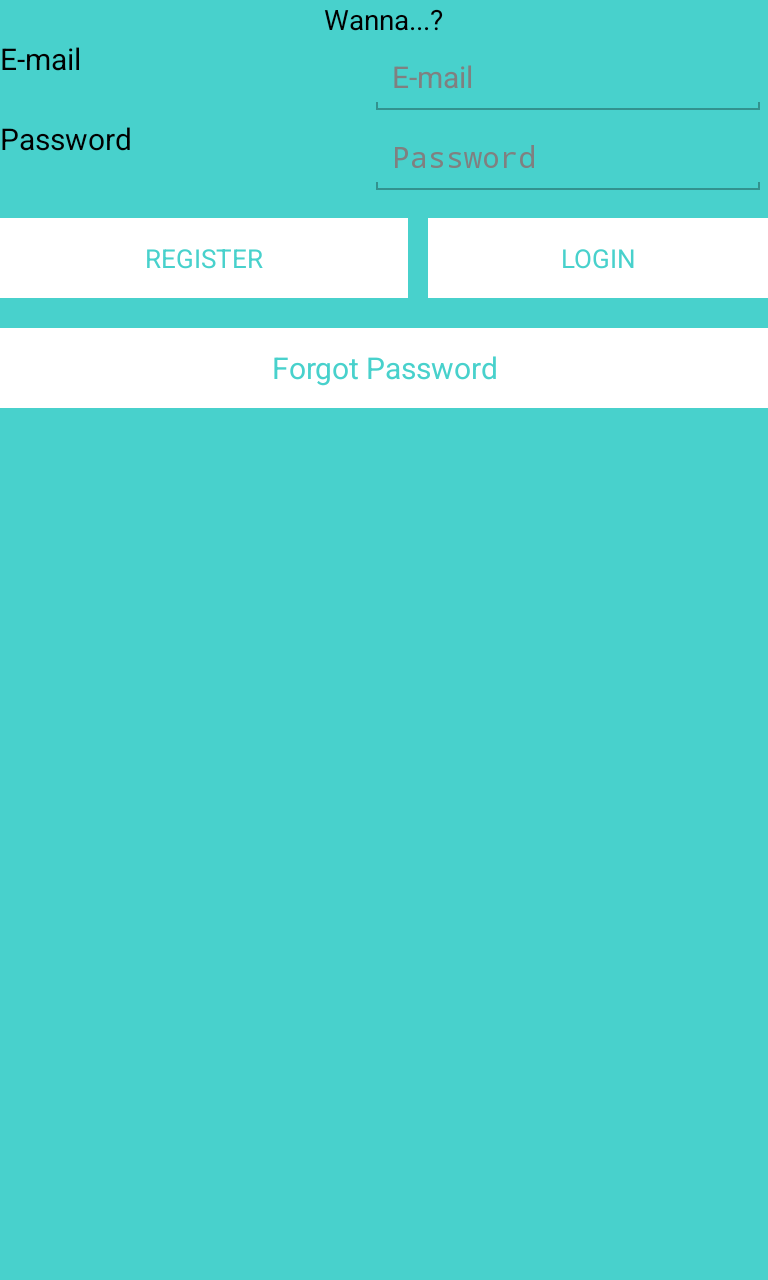
Repository: COMP231-S63G1/COMP231-S63G1
Layout: Wanna/res/layout/activity_login.xml
These files come from the project's save history. The layout is drawn as it stood at one moment and after the next save; the edit follows.
It is drawn on a 768 x 1280 px phone screen (xhdpi) without system bars, with theme AppTheme; the app's code is not run.

Above is the layout before, as saved 2014-10-24 14:50:23.

### Wanna/res/layout/activity_login.xml
<?xml version="1.0" encoding="utf-8"?>
<RelativeLayout xmlns:android="http://schemas.android.com/apk/res/android"
              android:orientation="vertical"
              android:layout_width="fill_parent"
              android:layout_height="fill_parent"
              android:background="#48D1CC">
    <TextView
            android:layout_width="wrap_content"
            android:layout_height="wrap_content"
            android:text="@string/welcome"
            android:id="@+id/textView" android:layout_gravity="center"
            android:layout_alignParentTop="true"
            android:layout_centerHorizontal="true"
            android:textColor="#000000"/>
    <EditText
            android:layout_width="200dp"
            android:layout_height="40dp"
            android:hint="@string/email"
            android:id="@+id/email"
            android:layout_below="@+id/textView"
            android:layout_alignParentRight="true"
            android:textSize="15dp"
            android:textColor="#000000"/>
    <Button
            android:layout_width="170dp"
            android:layout_height="40dp"
            android:text="@string/login"
            android:id="@+id/login"
            android:textSize="13dp"
            android:textColor="#48D1CC"
            android:layout_alignTop="@+id/registerbtn"
            android:layout_alignParentRight="true"
            android:background="#FFFFFF"
            android:layout_marginLeft="10dp"
            />
    <Button
            android:layout_width="220dp"
            android:layout_height="40dp"
            android:text="@string/register"
            android:id="@+id/registerbtn"
            android:layout_below="@+id/pword"
            android:layout_marginTop="10dp"
            android:textSize="13dp"
            android:textColor="#48D1CC"
            android:layout_toLeftOf="@+id/login"
            android:background="#FFFFFF"
            />
    <TextView
            android:layout_width="fill_parent"
            android:layout_height="56dp"
            android:id="@+id/loginErrorMsg"
            android:textColor="#000000"
            android:layout_below="@+id/passres"
            android:layout_alignParentLeft="true"/>
    <TextView
            android:layout_width="200dp"
            android:layout_height="40dp"
            android:text="@string/email"
            android:id="@+id/textView2"
            android:layout_alignTop="@+id/email"
            android:layout_toLeftOf="@+id/textView"
            android:textSize="15sp"
            android:textColor="#000000"/>
    <EditText
            android:layout_width="200dp"
            android:layout_height="40dp"
            android:inputType="textPassword"
            android:ems="10"
            android:id="@+id/pword"
            android:hint="@string/password"
            android:layout_below="@+id/email"
            android:layout_alignLeft="@+id/email"
            android:textSize="15sp"
            android:textColor="#000000"/>
    <TextView
            android:layout_width="200dp"
            android:layout_height="40dp"
            android:text="@string/password"
            android:id="@+id/pworda"
            android:layout_alignBottom="@+id/pword"
            android:layout_alignRight="@+id/textView2"
            android:textSize="15sp"
            android:textColor="#000000"/>
    <Button
            android:layout_width="wrap_content"
            android:layout_height="40dp"
            android:text="@string/forgetPassword"
            android:id="@+id/passres"
            android:layout_below="@+id/login"
            android:layout_alignParentRight="true"
            android:layout_alignParentLeft="true"
            android:textSize="15sp"
            android:textColor="#48D1CC"
            android:background="#FFFFFF"
            android:layout_marginTop="15dp"
            />
</RelativeLayout>

### Wanna/res/values/strings.xml
<?xml version="1.0" encoding="utf-8"?>
<resources>

    <string name="app_name">Wanna...?</string>
    <string name="hello_world">Hello world!</string>
    <string name="action_settings">Settings</string>
    <string name="welcome">Wanna...?</string>
    <string name="email">E-mail</string>
    <string name="enterButton"> ENTER </string>
    <string name="title_activity_register_login">RegisterLogin</string>
    <string name="title_activity_home_page">Home</string>
    <string name="login">LOGIN</string>
    <string name="register">REGISTER</string>
    <string name="username">Username</string>
    <string name="name">Name</string>
    <string name="password">Password</string>
    <string name="forgetPassword">Forgot Password</string>
    <string name="retypePassword">Retype Password</string>
    <string name="changePass">Change your Password</string>
    <string name="newPass">New Password</string>
    <string name="registerTo">Register to Wanna...?</string>
    <string name="loginButton">LOGIN</string>
    <string name="title_activity_create_event">Create Event</string>
    <string name="eventName">Event Name: </string>
    <string name="eventDescription">Description: </string>
    <string name="eventDate">Date: </string>
    <string name="eventTime">Time: </string>
    <string name="eventVenue">Venue: </string>
    <string name="eventLocation">Address: </string>
    <string name="eventPrice">Price range: </string>
    <string name="eventPurchase">Buy tickets now!</string>
    <string name="gender">Gender</string>
    <string name="genderMale">Male</string>
    <string name="genderFemale">Female</string>
    <string name="age">Age</string>
    <string name="description">Description</string>
    <string name="done">Done</string>
    <string name="cancel">Cancel</string>
    <string name="activity_profile_form">Profile Form</string>
    <string name="uploadImage">Upload Image</string>
    <string name="hintEventTime">Ex. 12am</string>
    <string name="hintEventDate">Ex. 1/1/2014</string>
    <string name="hintPrice">Ex. $35-$45</string>
    <string name="buttonCreateEvent">Create!</string>
    <string name="btnSearch">Search</string>
    <string name="searchEvent">Search Event</string>

    <string-array name="createEventArray">
        <item>Select Event Type</item>
        <item>Sports</item>
        <item>Entertainment</item>
    </string-array>

    <string name="title_activity_search_event">Wanna?</string>

</resources>

Loaded but not shown: Wanna/res/values/styles.xml (common file); Wanna/res/values-v11/styles.xml (common file); Wanna/res/values-v14/styles.xml (common file)

After the next save:
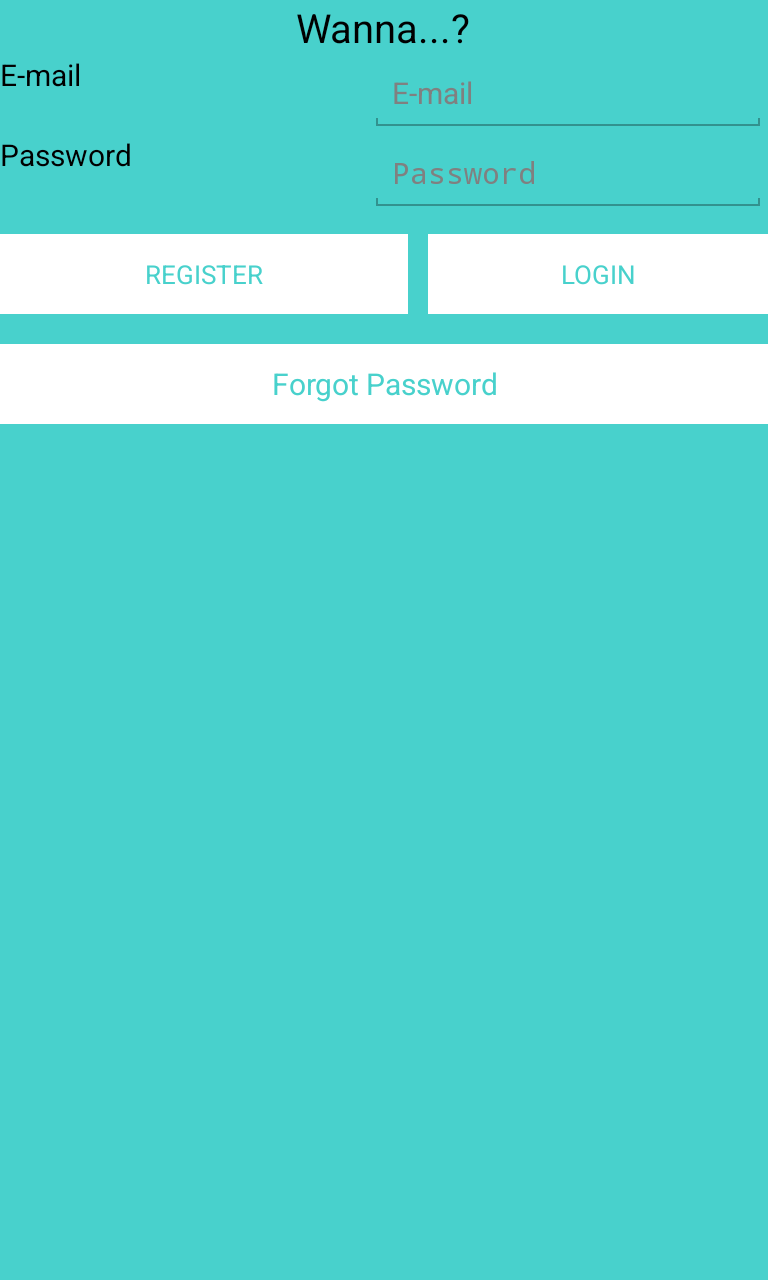
Saved 37 s later.
--- a/Wanna/res/layout/activity_login.xml
+++ b/Wanna/res/layout/activity_login.xml
@@ -11,7 +11,9 @@
             android:id="@+id/textView" android:layout_gravity="center"
             android:layout_alignParentTop="true"
             android:layout_centerHorizontal="true"
-            android:textColor="#000000"/>
+            android:textColor="#000000"
+            android:textSize="20sp"
+            />
     <EditText
             android:layout_width="200dp"
             android:layout_height="40dp"
